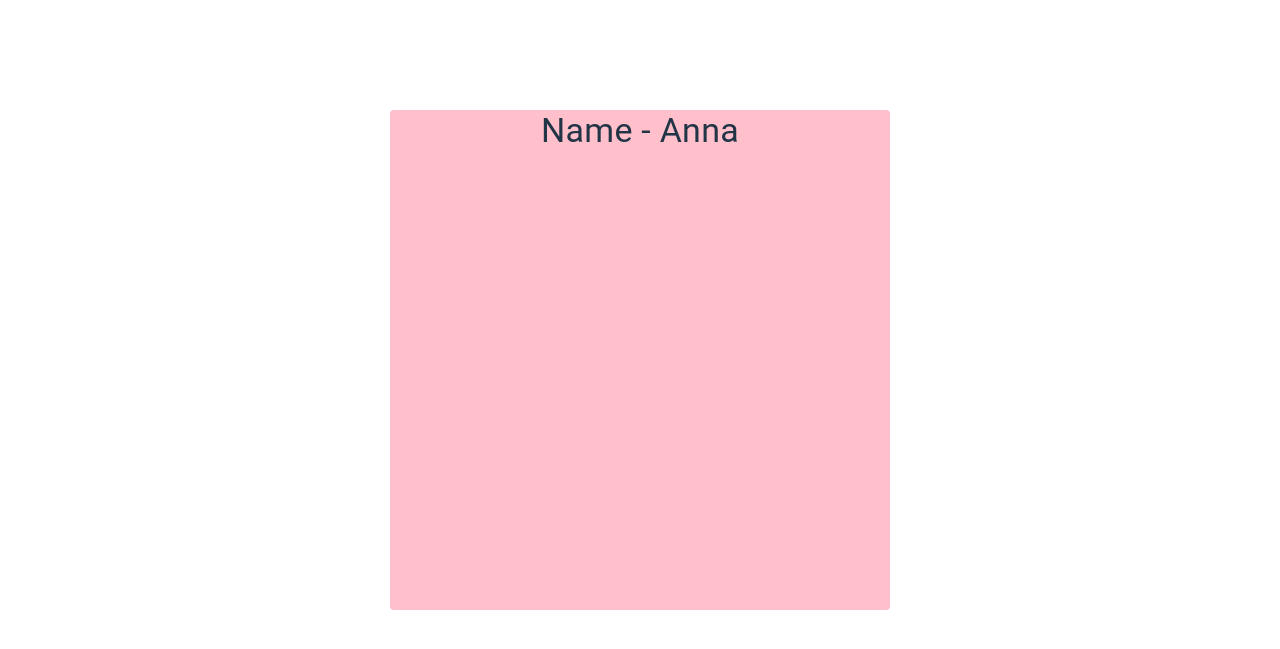
Repository: savannaaaas/props
Page: /
These files come from the project's save history. The page is drawn as it stood at one moment and after the next save; the edit follows.
The browser window is 1280 px wide. The pictures show the whole page.
The project was rebuilt for these pictures with package versions that can differ from the ones it lists, and the page was loaded fresh each time. Also part of the build but not shown: vite.config.js.

Above is the page before, as saved 2025-07-07 23:40:03.

After the next save:
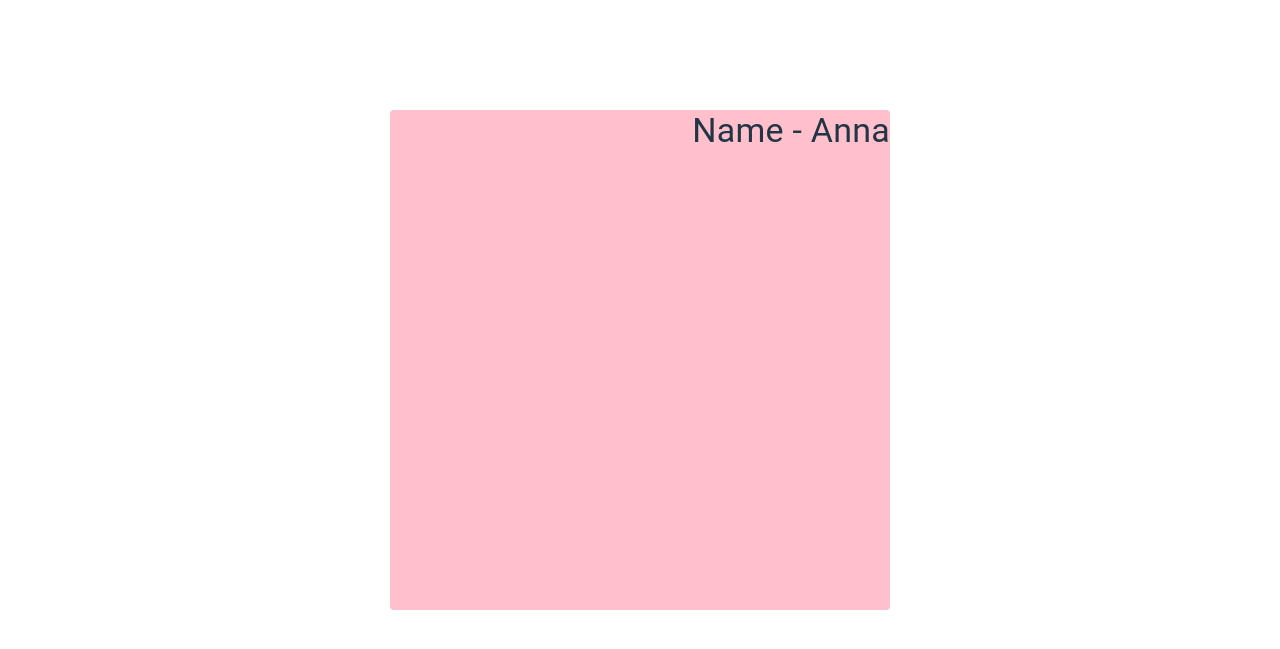
Saved 9 s later.
--- a/src/components/Person.jsx
+++ b/src/components/Person.jsx
@@ -1,7 +1,7 @@
 import Typography from "@mui/material/Typography";
 export const Person = ({ name }) => {
   return (
-    <Typography variant="h4" align="center">
+    <Typography variant="h4" align="right">
       Name - {name}
     </Typography>
   );
